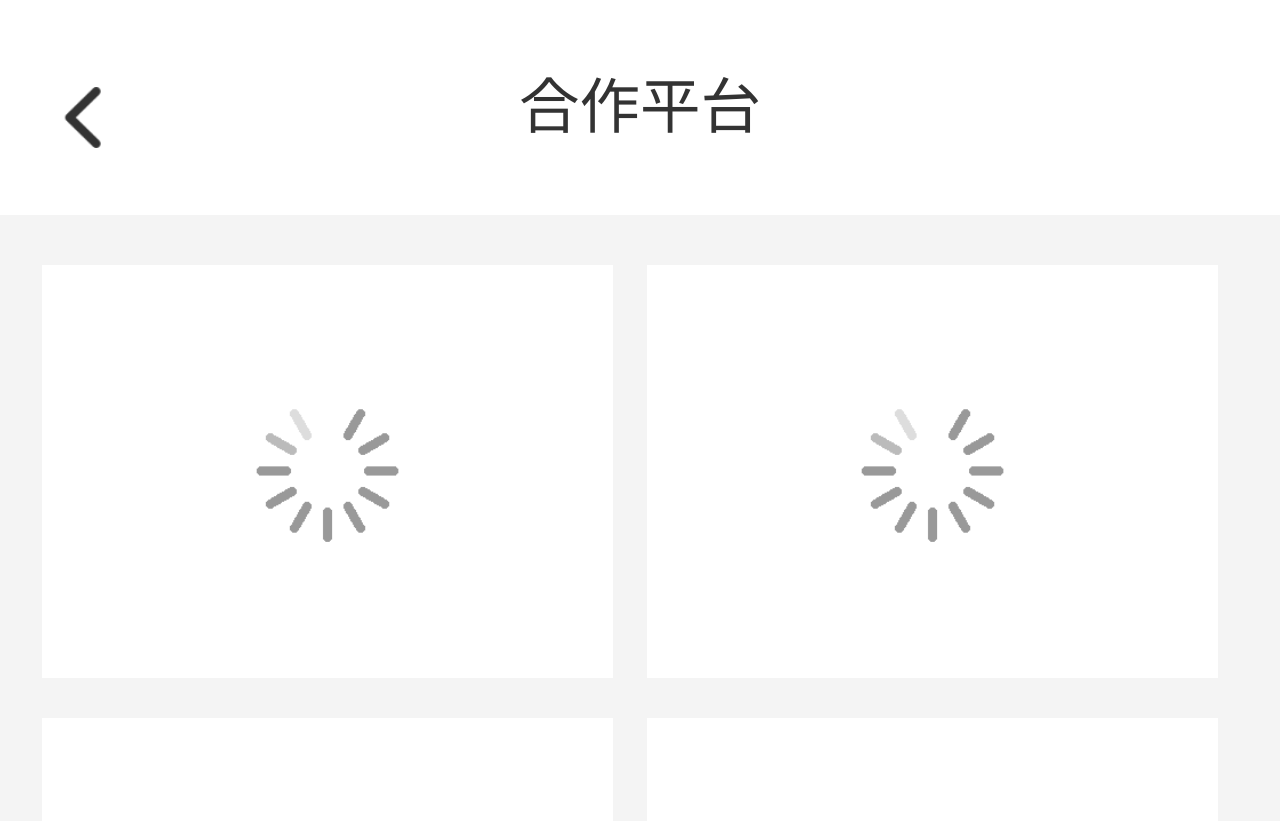
Repository: GgoodBoy/js-object
Page: jquery懒加载/platObj/platForm.html
The author's editor kept a copy of each file at every save. The page is drawn from the files as they stood at one save, then again after the next save.
The browser window is 1280 px wide. The pictures show the whole page.
An inner scrolling area shows only its first screen. Some web libraries are served in a nearby version.

Above is the page before, as saved 2019-10-15 15:55:06.

### jquery懒加载/platObj/platForm.html
<!DOCTYPE html PUBLIC "-//WAPFORUM//DTD XHTML Mobile 1.0//EN" "http://www.wapforum.org/DTD/xhtml-mobile10.dtd">
<html>
<head>
  <meta charset="utf-8">
  <meta name="viewport" content="width=device-width,initial-scale=1.0,maximum-scale=1.0,minimum=1.0,user-scalable=no">
  <meta name="format-detection" content="telephone=no, email=no">
  <meta name="apple-mobile-web-app-capable" content="yes">
  <meta http-equiv="Content-Security-Policy" content="script-src 'self' *.alicdn.com *.qq.com *.wx.qq.com *.7moor.com * *.youfushuyuan.com *.xueguoxue.com *.sohu.com 'unsafe-inline' 'unsafe-eval'">

</head>

<body>
  <div id="platFormId">
    <div class="titleNav">
        <img class="imgInf" src="./img/returnImg.png"/>
        合作平台
    </div>
    <div class="platList">
        <ul></ul>
    </div>
  </div>
</body>
<script src="http://libs.baidu.com/jquery/2.0.0/jquery.min.js"></script>
<script>
!(function(doc, win) {
    var docEle = doc.documentElement,
        evt = "onorientationchange" in window ? "orientationchange" : "resize",
        fn = function() {
            var width = docEle.clientWidth;
            width && (docEle.style.fontSize = Math.ceil(42 * (width / 320)) + "px");
        };
    win.addEventListener(evt, fn, false);
    doc.addEventListener("DOMContentLoaded", fn, false);

}(document, window));
</script>
<script>
    $(function(){
        $(".imgInf").click(function(){
            window.history.back(-1);
        });


        var JSON = [1,2,3,4,5,5,6,77,,8,9,2,3,4,5,5,6,77,,8,9,2,3,4,5,5,6,77,,8,9];
        var parentsDom = $(".platList ul");
        var imgListAjax = ()=>{
            $.each(JSON,function(index,data){
                parentsDom.append(`
                <li>
                    <img data-original="${data}" src="./img/longs.gif" />
                </li>
                `)
            });
        }
        imgListAjax();
    });
</script>
<style>
html{
    -ms-text-size-adjust: 100%;
    -webkit-text-size-adjust: 100%;
    background: 0 0;
    color: #000;
    -moz-user-select: none;
    -khtml-user-select: none;
    user-select: none;
    width: 100%;
    height: 100%;
}
body{
    width: 100%;
    height: 100%;
    margin: 0;
}
#platFormId{
    background: #F4F4F4;
    overflow: hidden;
}
#platFormId .titleNav{
    text-align: center;
    width: 100%;
    height: 1.28rem;
    font-size: 0.36rem;
    line-height: 1.28rem;
    color: #333333;
    background: #fff;
    position: relative;
}
#platFormId .titleNav .imgInf{
    position: absolute;
    left: 0.3rem;
    width: 0.36rem;
    bottom: 0.4rem;
}
#platFormId .platList{
    height: calc(100vh - 0.98rem);
    overflow: scroll;
    margin-top: 0.3rem;
    padding:0 0.25rem;
}
#platFormId .platList ul{
    zoom: 1;
    overflow: inherit;
    margin: 0;
    padding: 0;
    box-sizing: border-box;
}
#platFormId .platList ul li{
    float: left;
    list-style: none;
    width: 3.4rem;
}
#platFormId .platList ul li:nth-child(even){
    margin-left: 0.2rem;
}
#platFormId .platList ul li img{
    width: 100%;
}
</style>
</html>

After the next save:
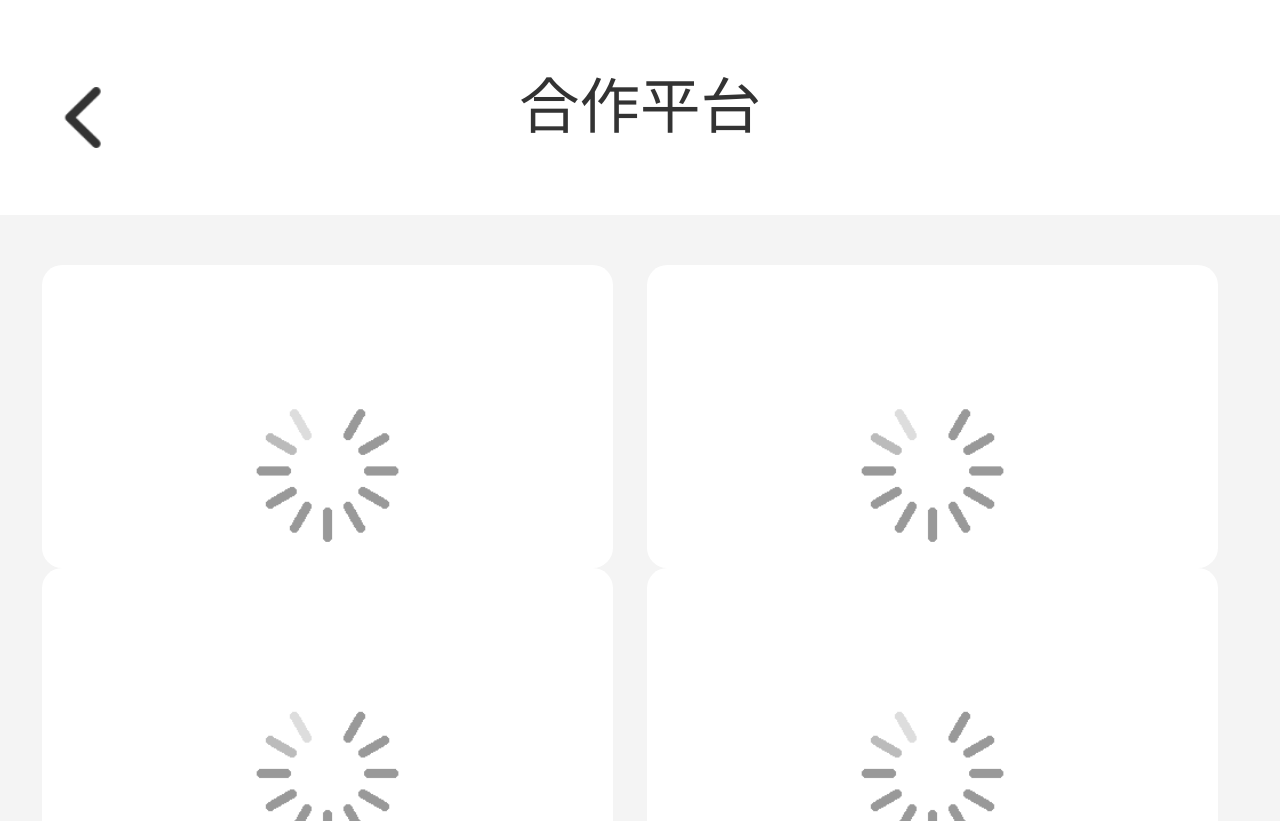
Saved 82 s later.
--- a/jquery懒加载/platObj/platForm.html
+++ b/jquery懒加载/platObj/platForm.html
@@ -109,6 +109,9 @@
     float: left;
     list-style: none;
     width: 3.4rem;
+    height: 1.8rem;
+    border-radius: 0.12rem;
+    overflow: hidden;
 }
 #platFormId .platList ul li:nth-child(even){
     margin-left: 0.2rem;
